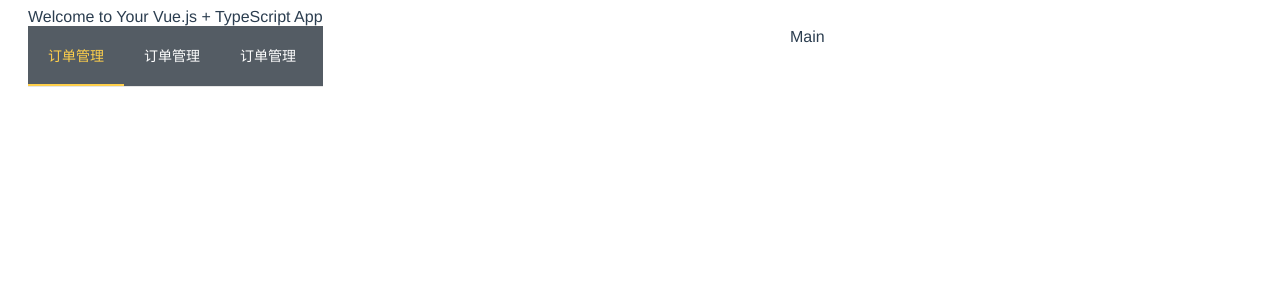
Repository: TheWomanLiketheWind/woodpecker
Page: /
These files come from the project's save history. The page is drawn as it stood at one moment and after the next save; the edit follows.
The browser window is 1280 px wide. The pictures show the whole page.
The project was rebuilt for these pictures with package versions that can differ from the ones it lists, and the page was loaded fresh each time. Imported but missing from the stored project, and not drawn on this page: src/views/About.vue.

Above is the page before, as saved 2019-07-25 14:33:07.

### public/index.html
<!DOCTYPE html>
<html lang="en">
  <head>
    <meta charset="utf-8">
    <meta http-equiv="X-UA-Compatible" content="IE=edge">
    <meta name="viewport" content="width=device-width,initial-scale=1.0">
    <link rel="icon" href="<%= BASE_URL %>favicon.ico">
    <title>woodpecker</title>
  </head>
  <body>
    <noscript>
      <strong>We're sorry but woodpecker doesn't work properly without JavaScript enabled. Please enable it to continue.</strong>
    </noscript>
    <div id="app"></div>
    <!-- built files will be auto injected -->
  </body>
</html>

### src/App.vue
<template>
  <div id="app">
    <router-view />
  </div>
</template>

<style lang="scss">
#app {
  font-family: "Avenir", Helvetica, Arial, sans-serif;
  -webkit-font-smoothing: antialiased;
  -moz-osx-font-smoothing: grayscale;
  text-align: center;
  color: #2c3e50;
}
#nav {
  padding: 30px;
  a {
    font-weight: bold;
    color: #2c3e50;
    &.router-link-exact-active {
      color: #42b983;
    }
  }
}
</style>

### src/views/Home.vue
<template>
  <el-container>

    <Head msg="Welcome to Your Vue.js + TypeScript App"></Head>
    <el-main>Main</el-main>
  </el-container>
  <!-- <div class="home">
    <img alt="Vue logo" src="../assets/logo.png">
    <HelloWorld msg="Welcome to Your Vue.js + TypeScript App"/>
  </div> -->

</template>

<script lang="ts">
import { Component, Vue } from "vue-property-decorator";
import Head from "@/components/Head.vue"; // @ is an alias to /src

@Component({
  components: {
    Head
  }
})
export default class Home extends Vue {}
</script>

### src/components/Head.vue
<template>
  <el-header>
    {{msg}}
    <el-menu :default-active="activeIndex"
             class="el-menu-demo"
             mode="horizontal"
             background-color="#545c64"
             text-color="#fff"
             active-text-color="#ffd04b"
             @select="handleSelect">
      <el-menu-item index="1">订单管理
      </el-menu-item>
      <el-menu-item index="2">订单管理
      </el-menu-item>
      <el-menu-item index="3">订单管理
      </el-menu-item>
    </el-menu>
  </el-header>
</template>

<script lang="ts">
import { Component, Prop, Vue } from "vue-property-decorator";

@Component
export default class Head extends Vue {
  @Prop() private msg!: string;
  data() {
    return {
      activeIndex: "1"
    };
  }

  private handleSelect(key: any, keyPath: any) {
    console.log(key, keyPath);
  }
}
</script>

<style>
</style>

Loaded but not shown: src/main.ts (common file); src/router.ts (common file); src/store.ts (common file)

After the next save:
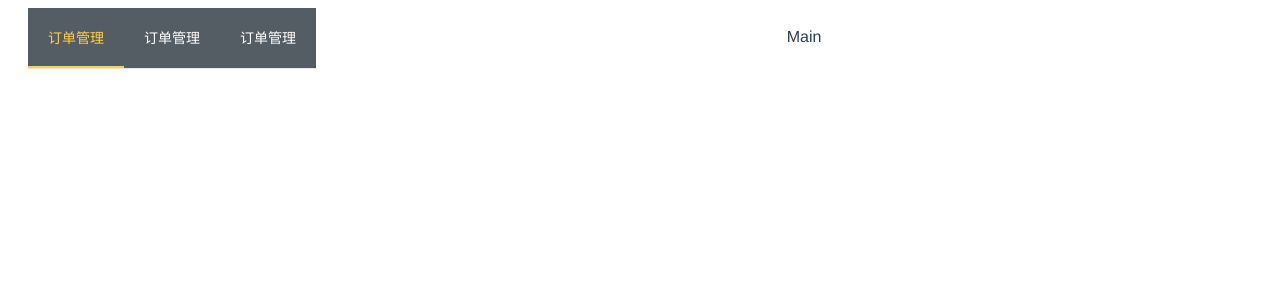
Saved 4 s later.
--- a/src/components/Head.vue
+++ b/src/components/Head.vue
@@ -1,6 +1,5 @@
 <template>
   <el-header>
-    {{msg}}
     <el-menu :default-active="activeIndex"
              class="el-menu-demo"
              mode="horizontal"
